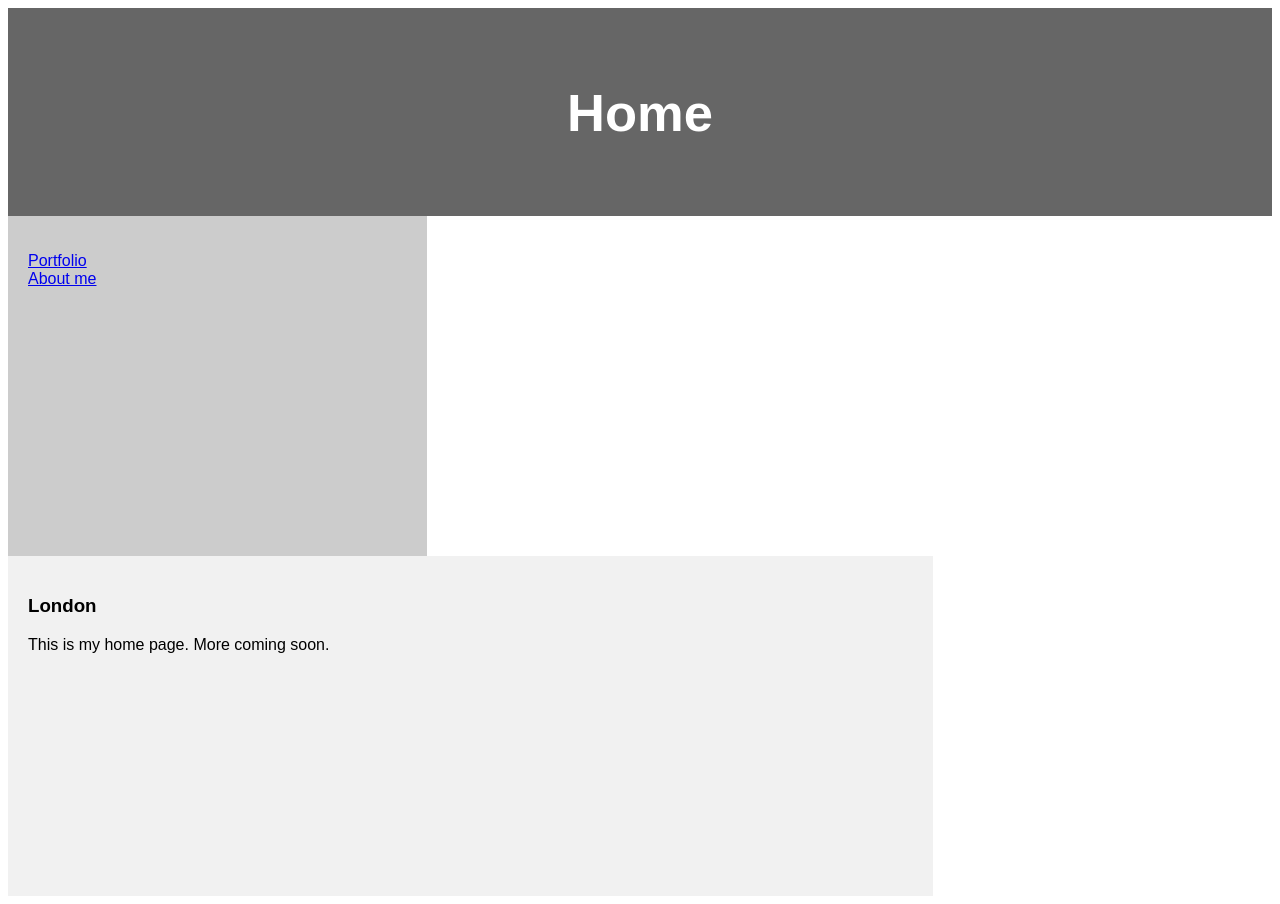
Repository: Cedric-floressantos/Cedric-floressantos.github.io
Page: my_website/index.html
The author's editor kept a record of every edit. The page is drawn from the files as they stood at one moment, then again after the next edit.
The browser window is 1280 px wide. The pictures show the whole page.

Above is the page before.

After the next edit:
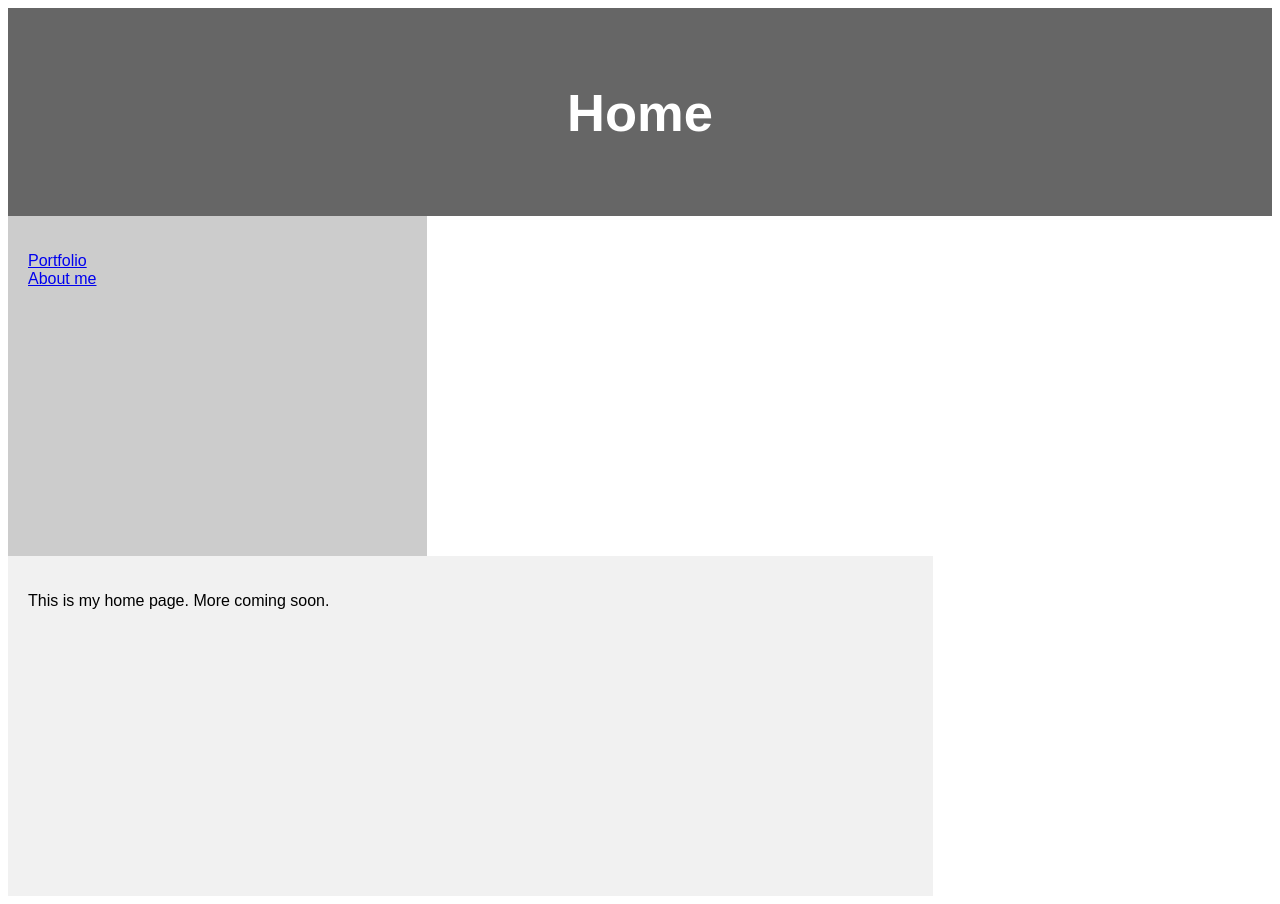
The edit:
--- a/my_website/index.html
+++ b/my_website/index.html
@@ -80,7 +80,7 @@
   </nav>
 
   <article>
-    <h1>London</h1>
+
     <p>This is my home page. More coming soon.<p>
   </article>
 </section>
